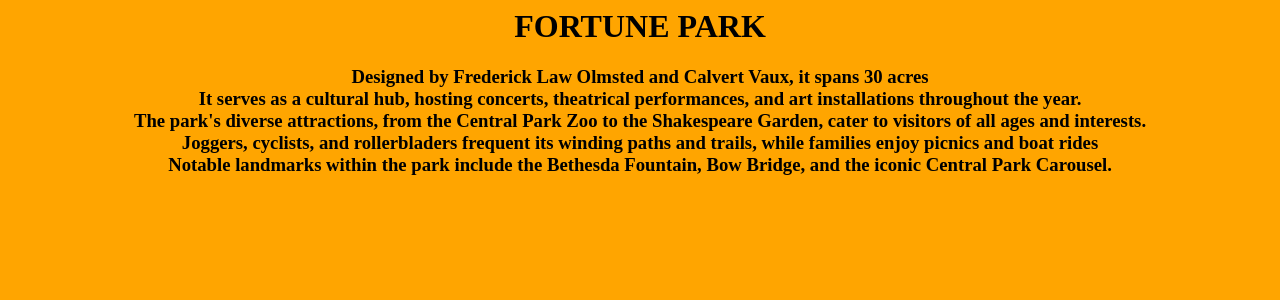
Repository: Oviya24032K6/NearMe
Page: ovi/surveyapp/static/FORTUNE PARK.html
An editor plug-in stored every save of this project. The page is shown before and after the next save, followed by the edit.
The browser window is 1280 px wide. The pictures show the whole page.

Above is the page before, as saved 2024-03-25 23:06:53.

After the next save:
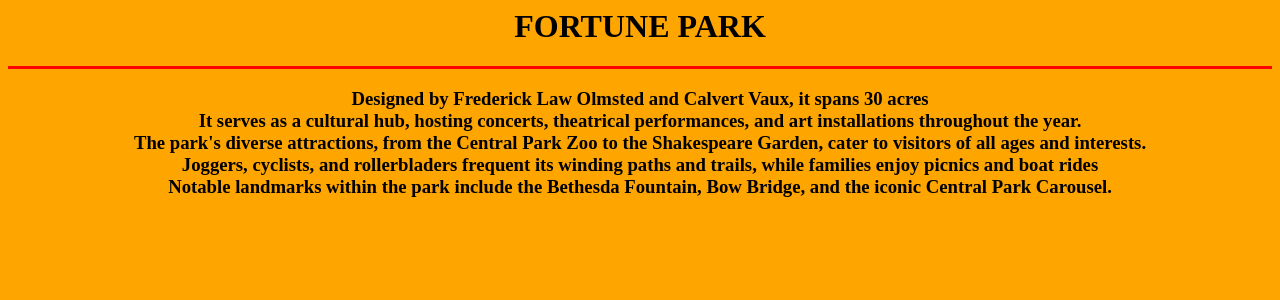
Saved 2 min 48 s later.
--- a/ovi/surveyapp/static/FORTUNE PARK.html
+++ b/ovi/surveyapp/static/FORTUNE PARK.html
@@ -6,6 +6,7 @@
 	</head>
 	<body bgcolor="orange">
 		<h1 align="center" >FORTUNE PARK</h1>
+        <hr size="3" color="red">
         <h3 align="center">Designed by Frederick Law Olmsted and Calvert Vaux, it spans 30 acres
             <br>It serves as a cultural hub, hosting concerts, theatrical performances, and art installations throughout the year.
             <br>The park's diverse attractions, from the Central Park Zoo to the Shakespeare Garden, cater to visitors of all ages and interests.
